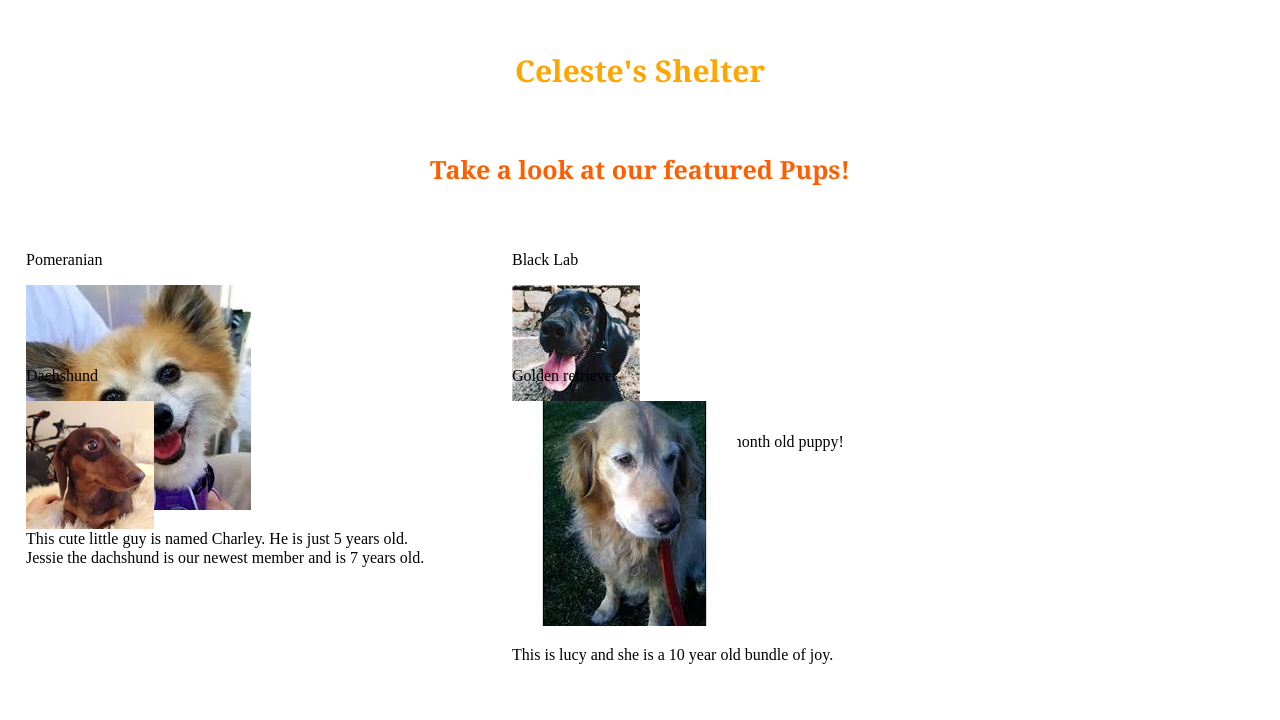
Repository: fieldceleste/animal-shelter
Page: animal-shelter.html
An editor plug-in stored every save of this project. The page is shown before and after the next save, followed by the edit.
The browser window is 1280 px wide. The pictures show the whole page.

Above is the page before, as saved 2019-10-30 18:56:39.

### animal-shelter.html
<!DOCTYPE html>
  <html>
   <head>
  <link href="css/styles.css" rel="stylesheet" type="text/css">
  <title>Celeste's Animal Shelter</title>
</head>
<body>
    <h1>Celeste's Shelter</h1>
<h2>Take a look at our featured Pups!</h2>

<div class="column">
<p>Pomeranian</p>
<p><img src="img/pom.jpeg" alt="picture of pom"/></p>
<p>This cute little guy is named Charley. He is just 5 years old.</p>
</div>

<div class="column">
<p>Black Lab</p>
<p><img src="img/lab.jpeg" alt="picture of lab."/></p>
<p>This is rover and he is a sweet 10 month old puppy!</p>
</div>

<div class="column">
<p>Dachshund</p>
<p><img src="img/dach.jpeg" alt="picture of dachshund"/></p>
<p>Jessie the dachshund is our newest member and is 7 years old.</p>
</div>

<div class="column">
<p>Golden retriever</p>
<p><img src="img/golden.jpeg" alt="picture of golden retriever"/></p>
<p>This is lucy and she is a 10 year old bundle of joy.</p>
</div>


</body>
</html>

### css/styles.css

h1{
    font-family: Georgia, 'Times New Roman', Times, serif;
    font-size: 30px;
    color: orange;
    padding: 30px;
    text-align: center;
}
h2{
    font-family: Georgia, 'Times New Roman', Times, serif;
    font-size: 25px;
    color: rgb(255, 94, 0);
    padding: 10px;
    text-align: center;
}
h4{
     color: rgb(67, 182, 67);
     font-size: 20px;
     text-align: left;

}

 .column{
    float:left;
    width:450px;
    height:80px;
    padding:8px;
    margin: 10px;

}

After the next save:
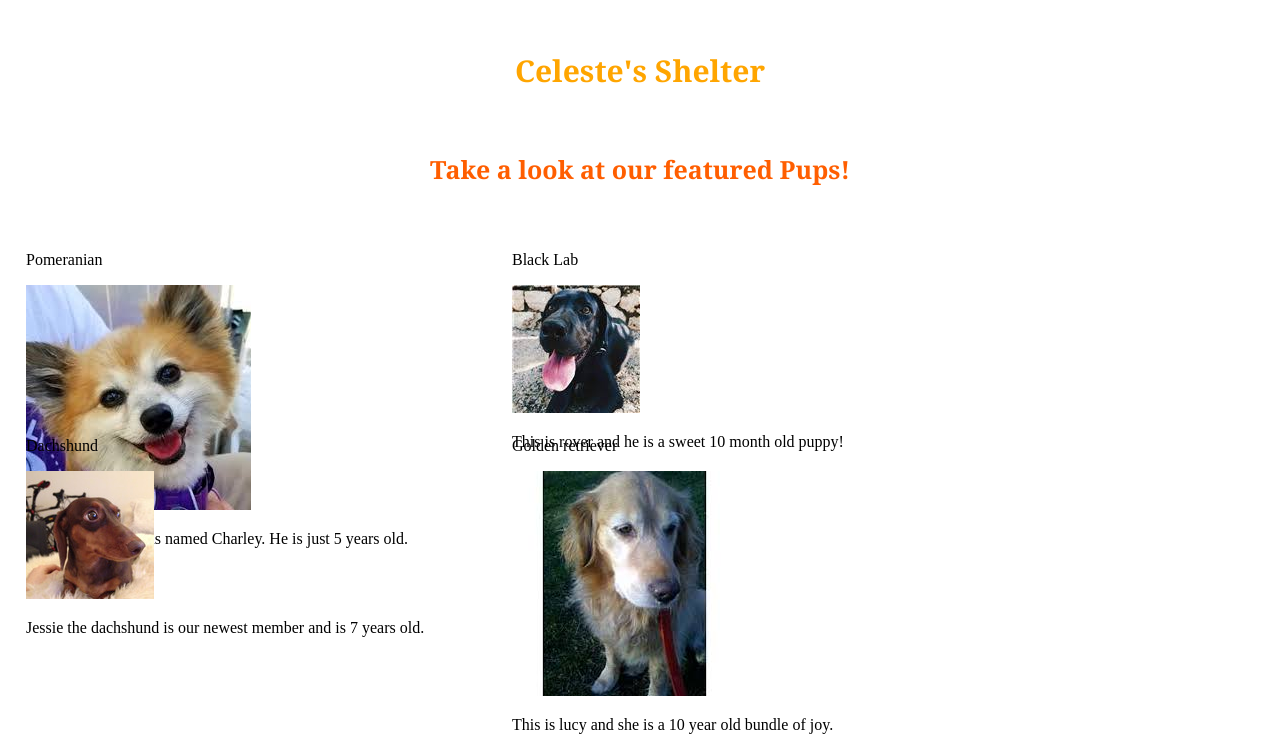
Saved 8 s later.
--- a/css/styles.css
+++ b/css/styles.css
@@ -23,7 +23,7 @@ h4{
  .column{
     float:left;
     width:450px;
-    height:80px;
+    height:150px;
     padding:8px;
     margin: 10px;
 
